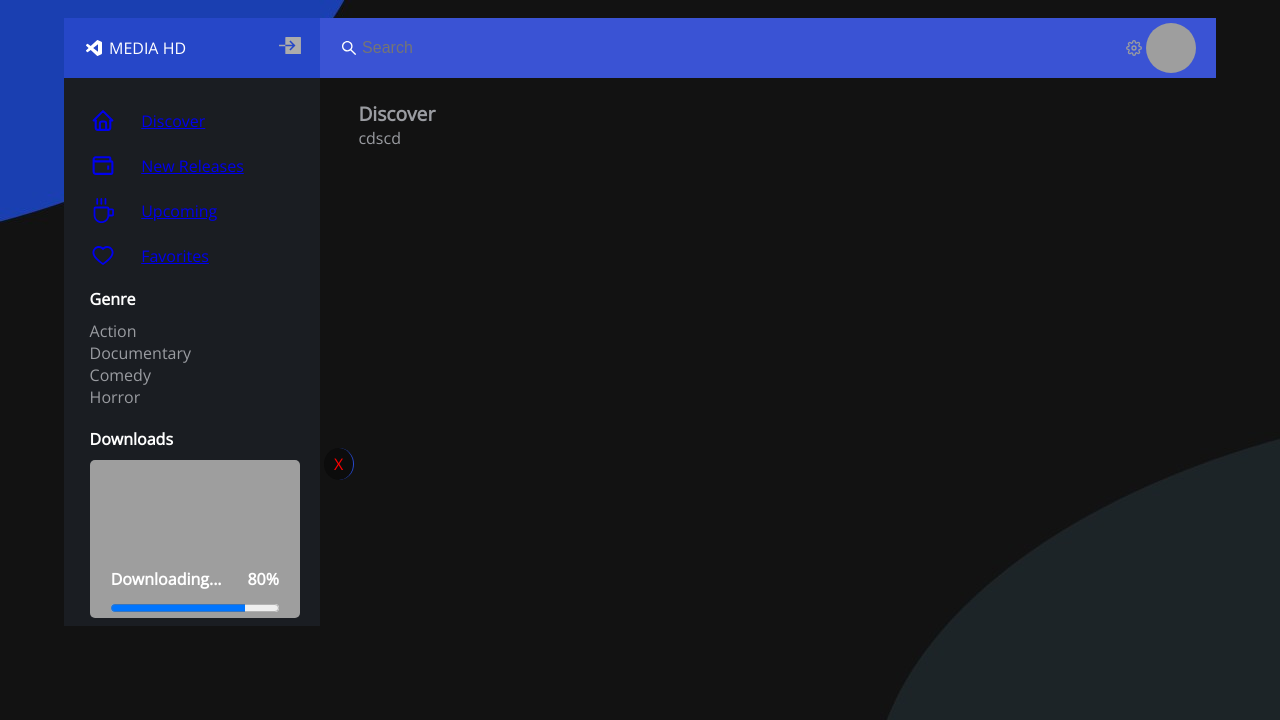
Repository: DevLaukey/movie-task
Page: /
These files come from the project's save history. The page is drawn as it stood at one moment and after the next save; the edit follows.
The browser window is 1280 px wide. The pictures show the whole page.
Pictures or frames that could not be fetched are drawn as grey boxes. The page's requests for data from a server got no answer. The project was rebuilt for these pictures with package versions that can differ from the ones it lists, and the page was loaded fresh each time. No one was signed in, and anything a server would have sent is missing. Also part of the build but not shown: src/components/Body/Movies.js, src/components/Body/Movie.js, src/components/Body/categories/Favorites.js, src/components/Body/categories/NewReleases.js, src/components/Body/categories/Upcoming.js.

Above is the page before, as saved 2022-06-19 14:09:38.

After the next save:
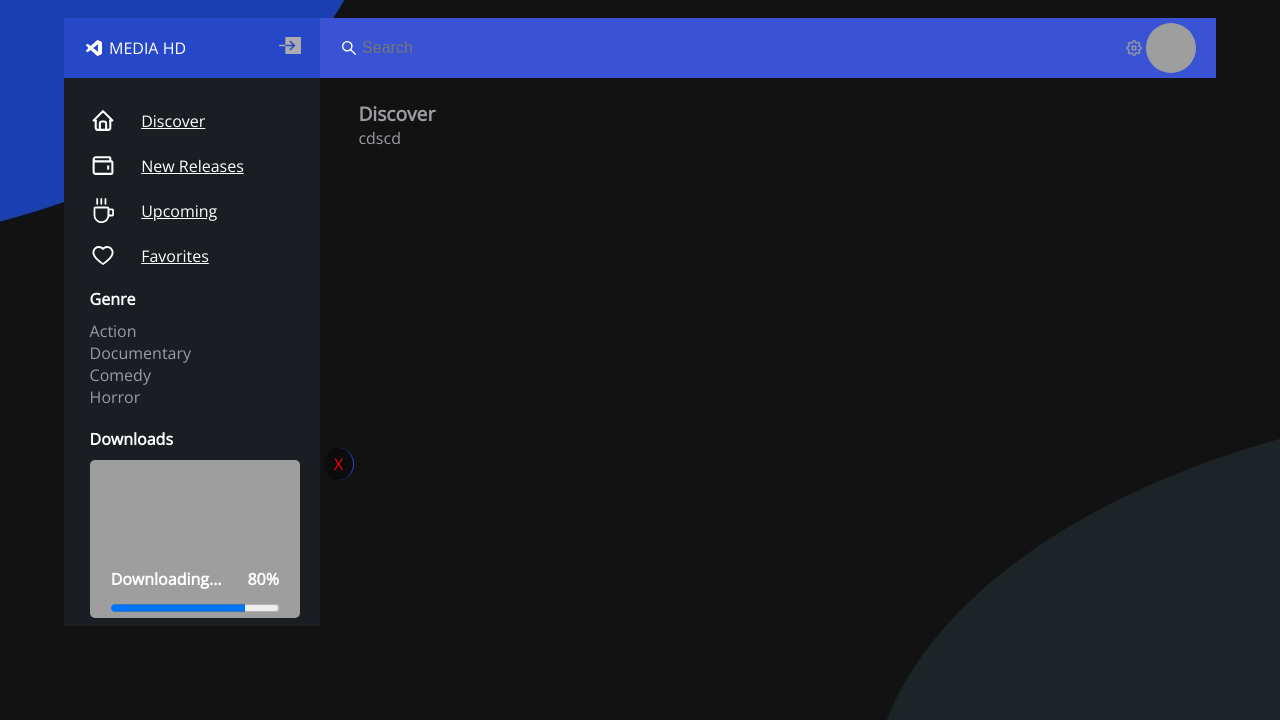
Saved 7 s later.
--- a/src/index.css
+++ b/src/index.css
@@ -6,4 +6,4 @@
 body {
   background-color: #000;
 }
-a{color: relative;}
+a{color: white;}
